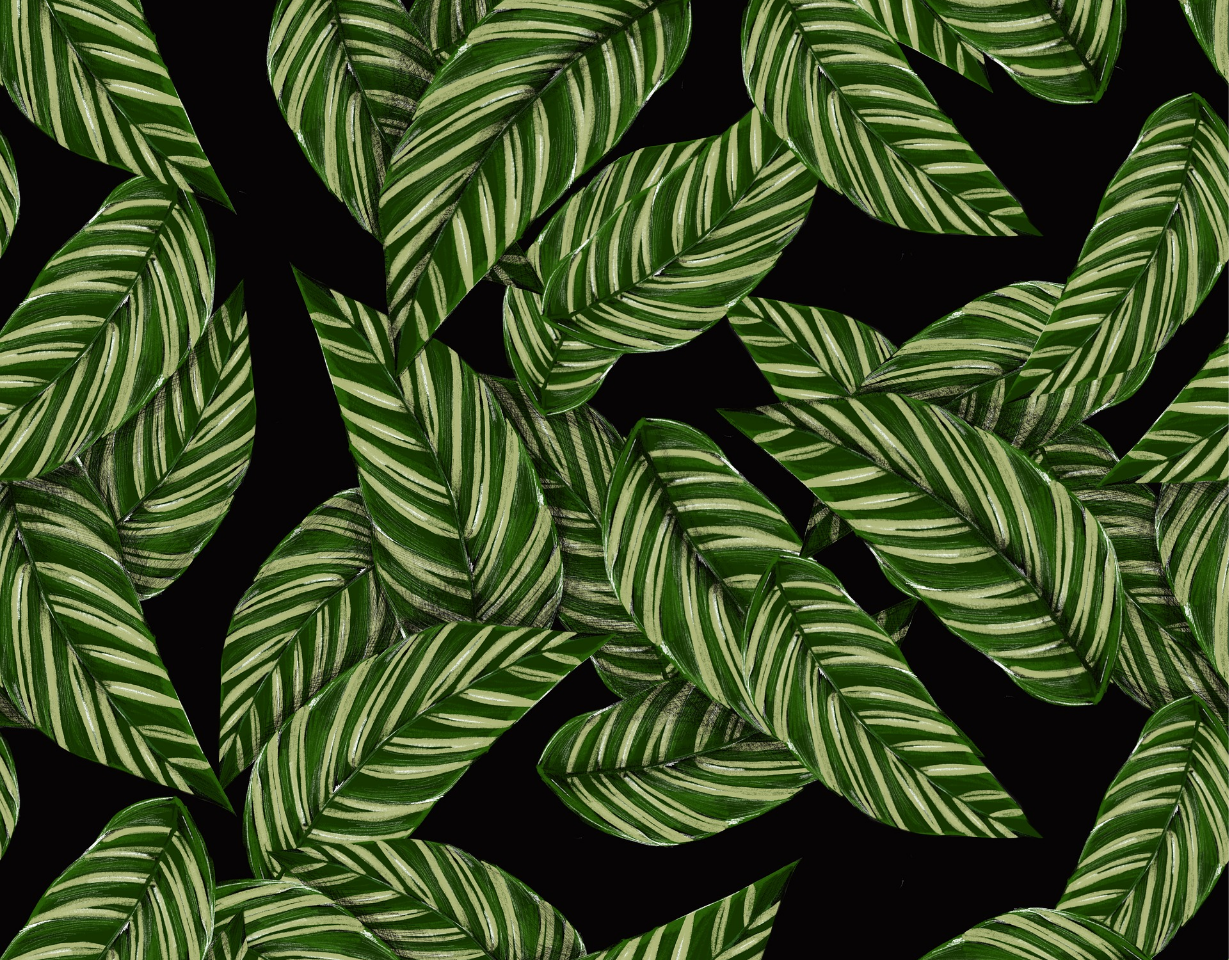
Repository: hcozyph/TranHuuPhuoc_BC43_BT_JS_Buoi7_8_ARRAY
Page: index.html
An editor plug-in stored every save of this project. The page is shown before and after the next save, followed by the edit.
The browser window is 1280 px wide. The pictures show the whole page, at 96% of full size.

Above is the page before, as saved 2023-02-20 21:19:38.

### index.html
<!DOCTYPE html>
<html lang="en">
    <head>
        <title>BT Array</title>
        <!-- Required meta tags -->
        <meta charset="utf-8" />
        <meta
            name="viewport"
            content="width=device-width, initial-scale=1, shrink-to-fit=no"
        />

        <!-- Bootstrap CSS v5.2.1 -->
        <link
            href="https://cdn.jsdelivr.net/npm/bootstrap@5.2.1/dist/css/bootstrap.min.css"
            rel="stylesheet"
            integrity="sha384-iYQeCzEYFbKjA/T2uDLTpkwGzCiq6soy8tYaI1GyVh/UjpbCx/TYkiZhlZB6+fzT"
            crossorigin="anonymous"
        />

        <!-- index.css -->
        <link rel="stylesheet" href="./css/index.css" />
    </head>

    <body>
        <div class="container">
            <div class="bt-array-title">
                <!-- <span class="text-center py-2">BÀI TẬP ARRAY</span> -->
            </div>

            <div class="bt-array-content">
                <div class="bt1"></div>
            </div>
        </div>

        <!-- Bootstrap JavaScript Libraries -->
        <script
            src="https://cdn.jsdelivr.net/npm/@popperjs/core@2.11.6/dist/umd/popper.min.js"
            integrity="sha384-oBqDVmMz9ATKxIep9tiCxS/Z9fNfEXiDAYTujMAeBAsjFuCZSmKbSSUnQlmh/jp3"
            crossorigin="anonymous"
        ></script>

        <script
            src="https://cdn.jsdelivr.net/npm/bootstrap@5.2.1/dist/js/bootstrap.min.js"
            integrity="sha384-7VPbUDkoPSGFnVtYi0QogXtr74QeVeeIs99Qfg5YCF+TidwNdjvaKZX19NZ/e6oz"
            crossorigin="anonymous"
        ></script>

        <!-- method.js -->
        <link rel="stylesheet" href="./js/method.js" />

        <!-- index.js -->
        <script src="./js/index.js"></script>
    </body>
</html>

### css/index.css
* {
    margin: 0;
    padding: 0;
    box-sizing: border-box;
}

.container {
    margin: 0 auto;
    max-width: 1440px;

    background-image: url(../img/2.jpg);
    background-size: cover;
    background-position: center;
    background-repeat: no-repeat;

    height: 1000px;
}

.bt-array-title {
    font-size: 40px;
    font-weight: 700;
    background-color: red;
}

/* .bt-array-content {
} */

Loaded but not shown: js/index.js (no copy from this time; the picture is the same without it); js/method.js (no stored copy; drawn as an empty file)

After the next save:
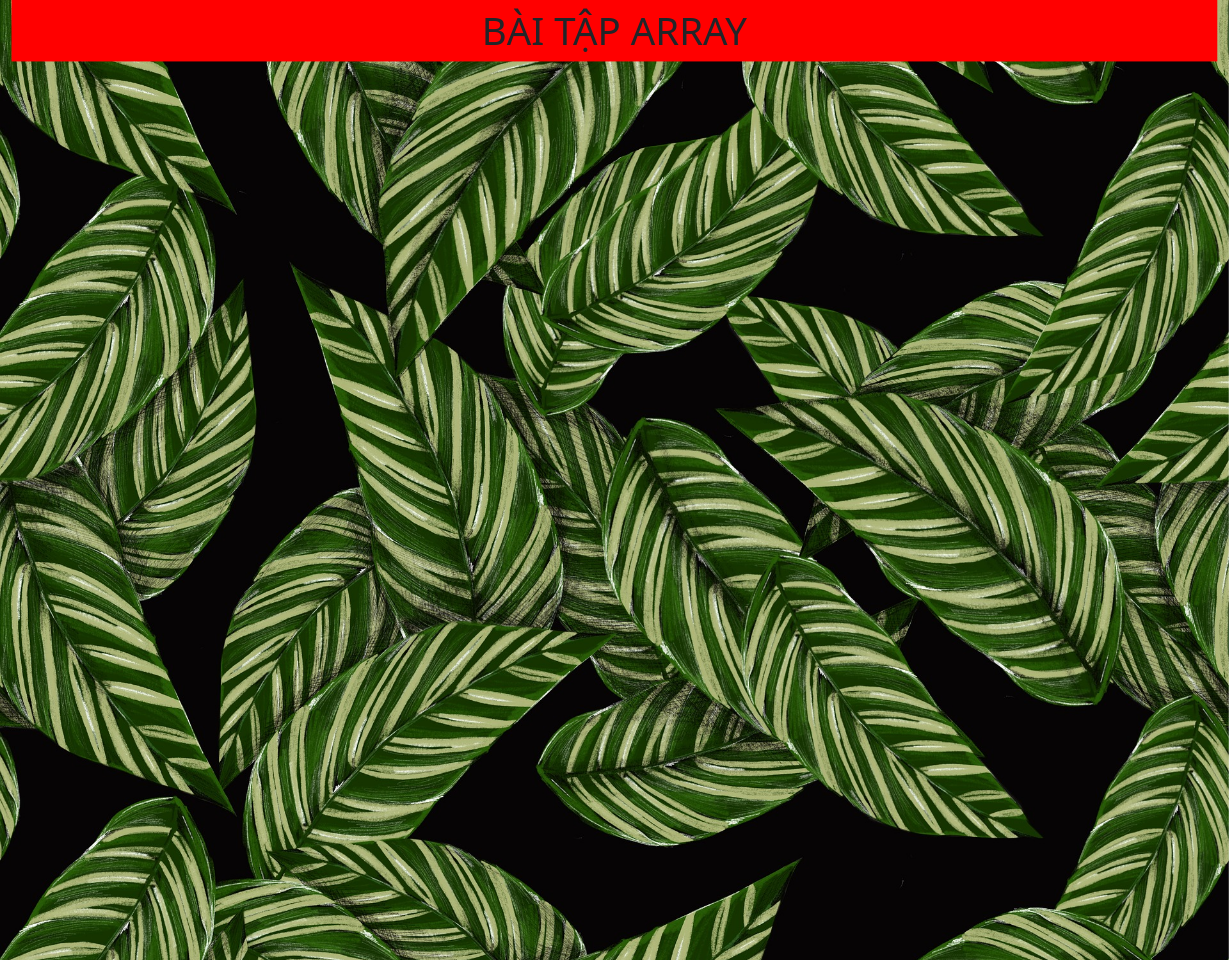
Saved 9 s later.
--- a/index.html
+++ b/index.html
@@ -24,7 +24,7 @@
     <body>
         <div class="container">
             <div class="bt-array-title">
-                <!-- <span class="text-center py-2">BÀI TẬP ARRAY</span> -->
+                <h1 class="text-center py-2">BÀI TẬP ARRAY</h1>
             </div>
 
             <div class="bt-array-content">
